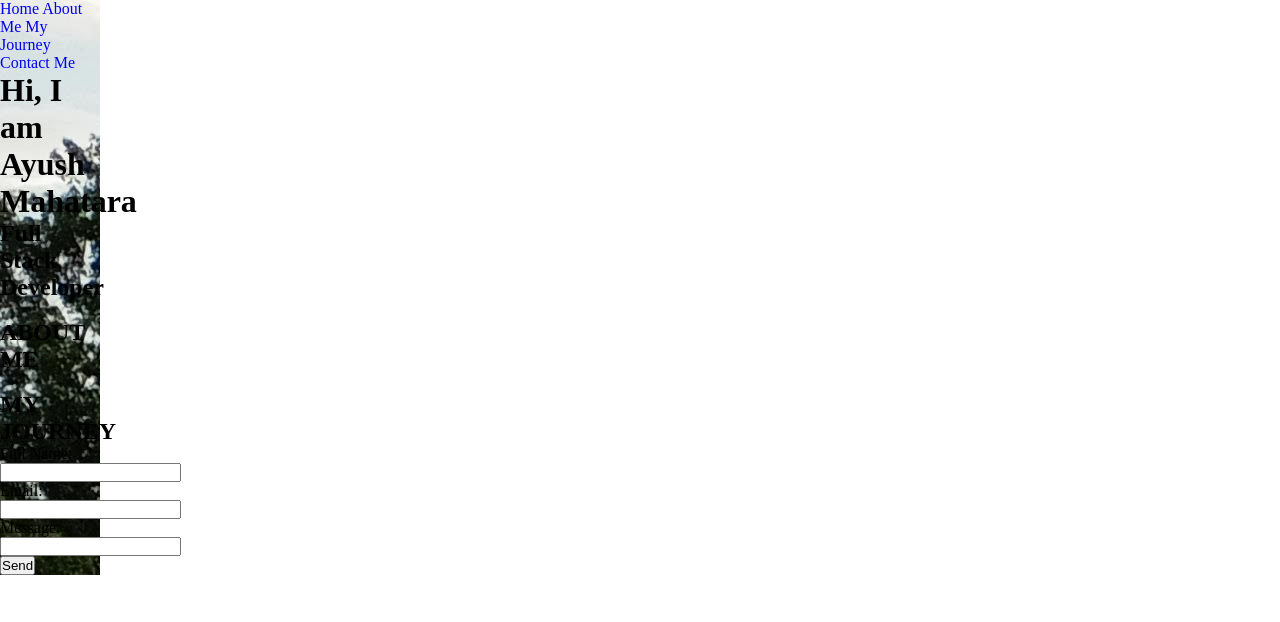
Repository: AyushMahatara/personal-website
Page: New folder/index.html
An editor plug-in stored every save of this project. The page is shown before and after the next save, followed by the edit.
The browser window is 1280 px wide. The pictures show the whole page.

Above is the page before, as saved 2023-07-19 22:41:34.

After the next save:
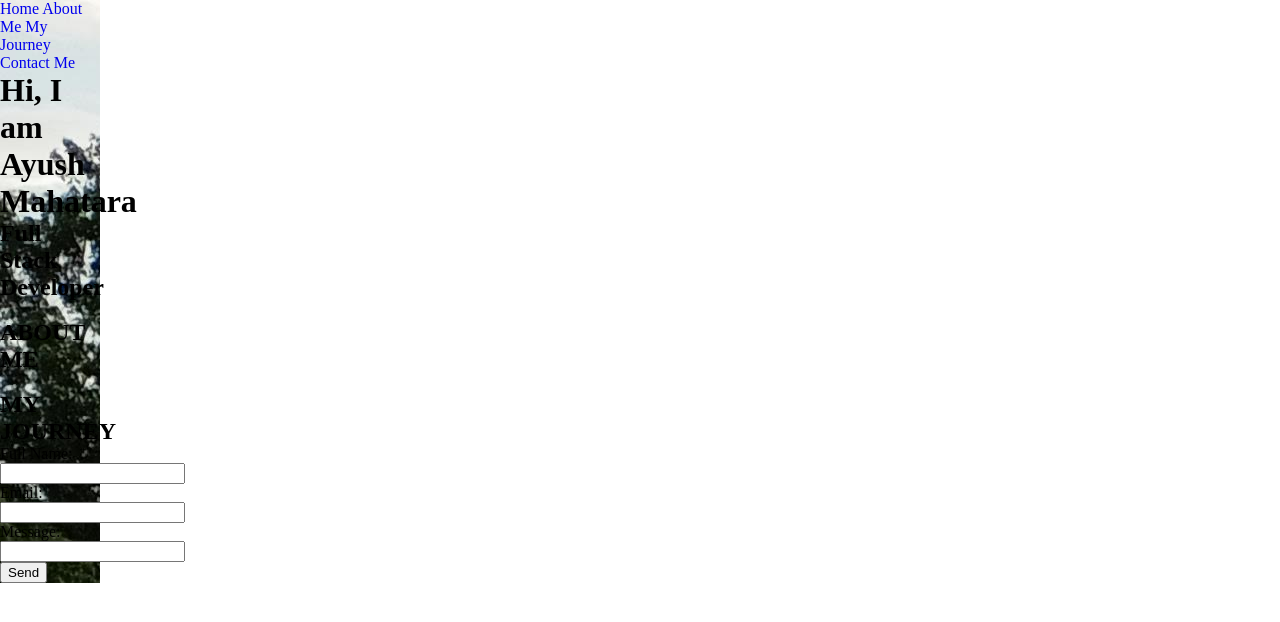
Saved 31 s later.
--- a/New folder/index.html
+++ b/New folder/index.html
@@ -9,7 +9,6 @@
   <style>
     * {
       margin: 0;
-      padding: 0;
       text-decoration: none;
     }
     header {

After the save that followed:
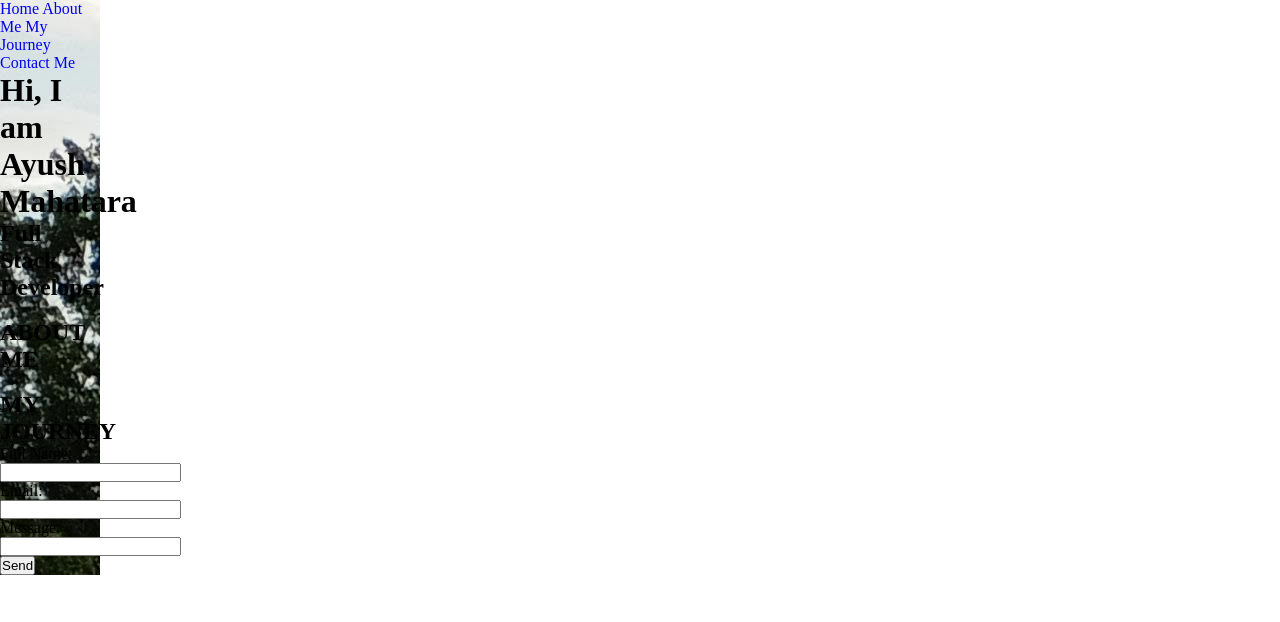
Saved 9 s later.
--- a/New folder/index.html
+++ b/New folder/index.html
@@ -9,6 +9,7 @@
   <style>
     * {
       margin: 0;
+      padding: 0;
       text-decoration: none;
     }
     header {
